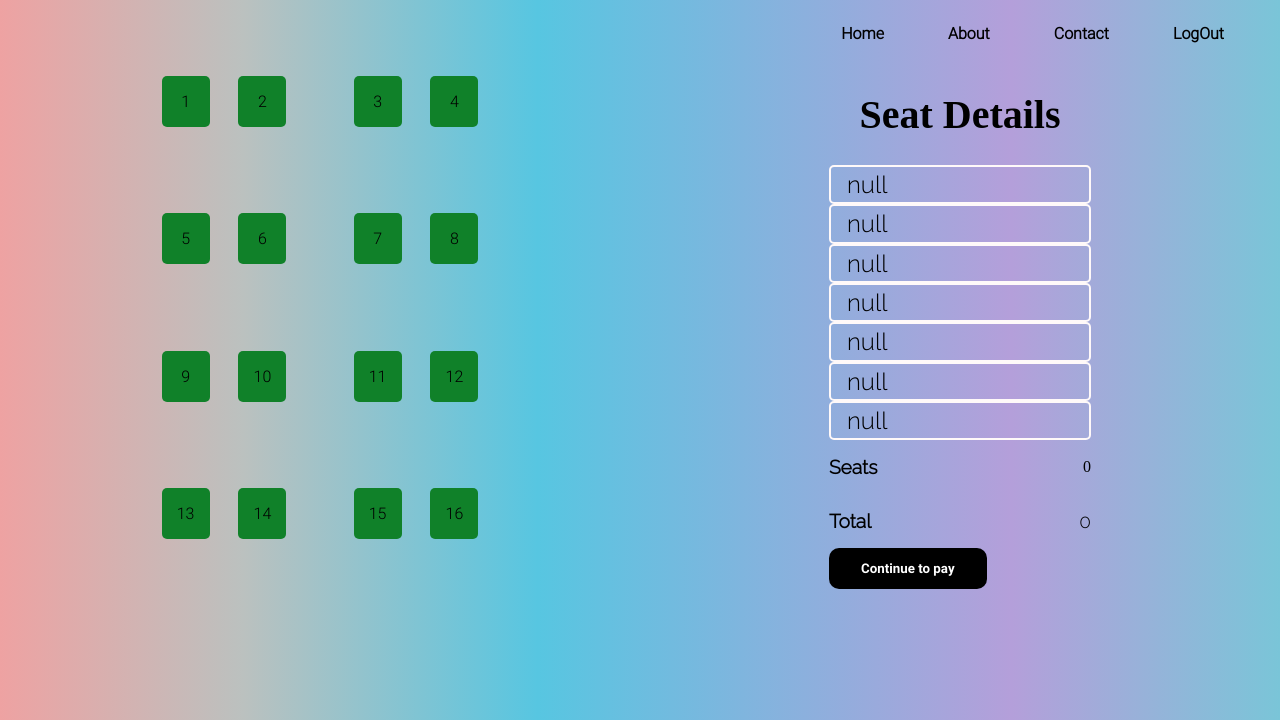
Repository: Savindushehan/RouteMaster-Group-project
Page: http://localhost/RouterMaster/UpdateBooking.jsp
The author's editor kept a copy of each file at every save. The page is drawn from the files as they stood at one save, then again after the next save.
The browser window is 1280 px wide. The pictures show the whole page.
The pointer rests on the first visible `#btn`.
The page is served by Tomcat 10.

Above is the page before, as saved 2023-10-27 06:11:21.

After the next save:
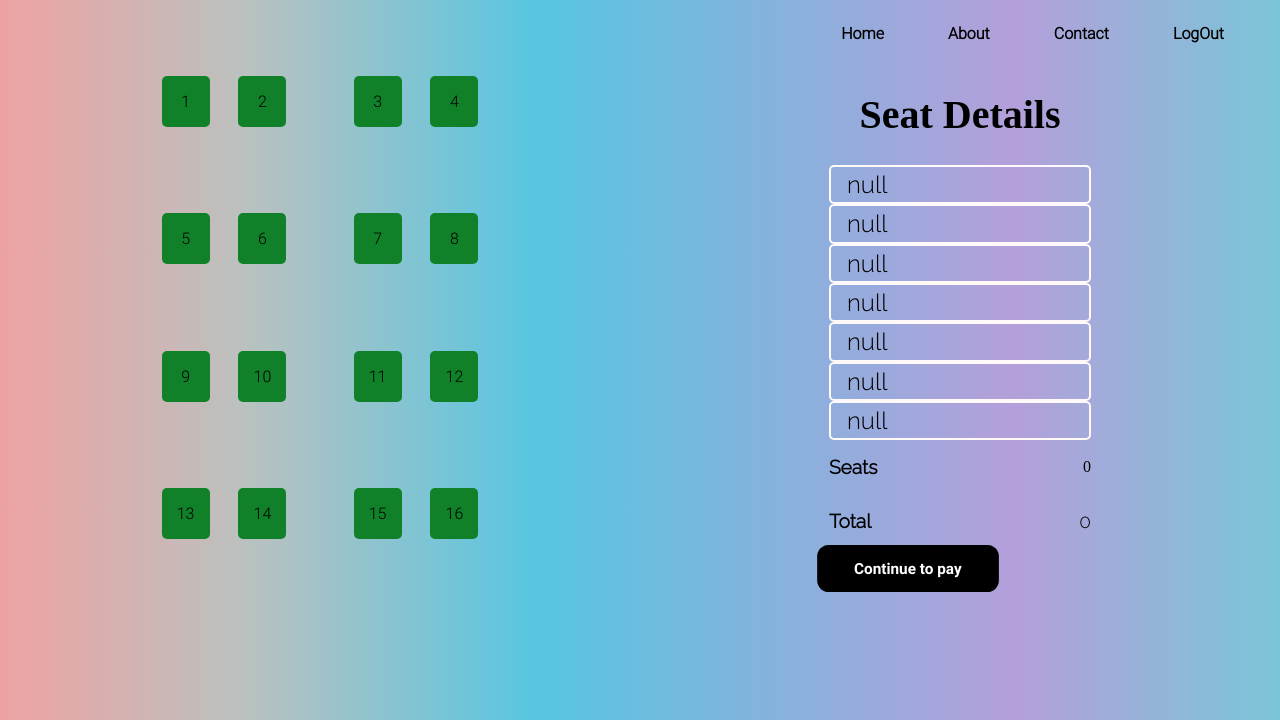
Saved 73 s later.
--- a/RouteMaster/RouterMaster/src/main/webapp/UpdateBooking.jsp
+++ b/RouteMaster/RouterMaster/src/main/webapp/UpdateBooking.jsp
@@ -162,6 +162,9 @@
           border:2px solid rgb(255, 249, 249);
 
         }
+         #btn:hover{
+         transform:scale(1.15);
+        }
         </style>
 </head>
 <body>
